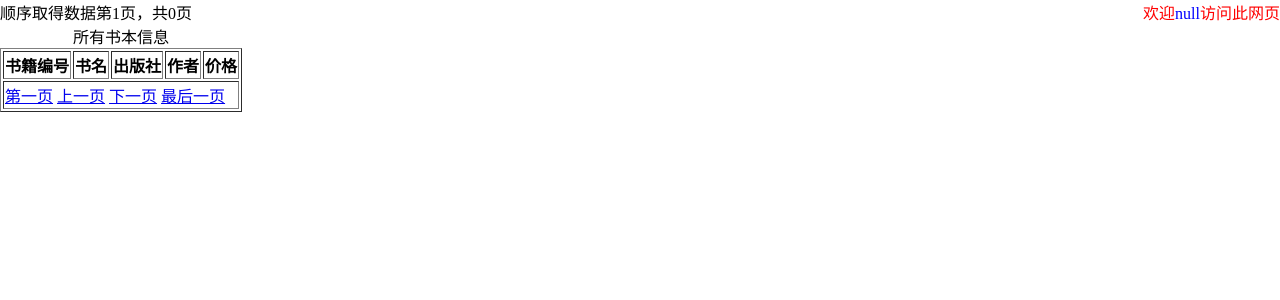
Repository: guirui-li/StudyJavaWeb
Page: http://localhost/JavawebTest/FenServlet?page=1
These files come from the project's save history. The page is drawn as it stood at one moment and after the next save; the edit follows.
The browser window is 1280 px wide. The pictures show the whole page.
The page is served by Tomcat 9. Queries for data that is not in the repository find no rows.

Above is the page before, as saved 2019-04-30 11:45:51.

After the next save:
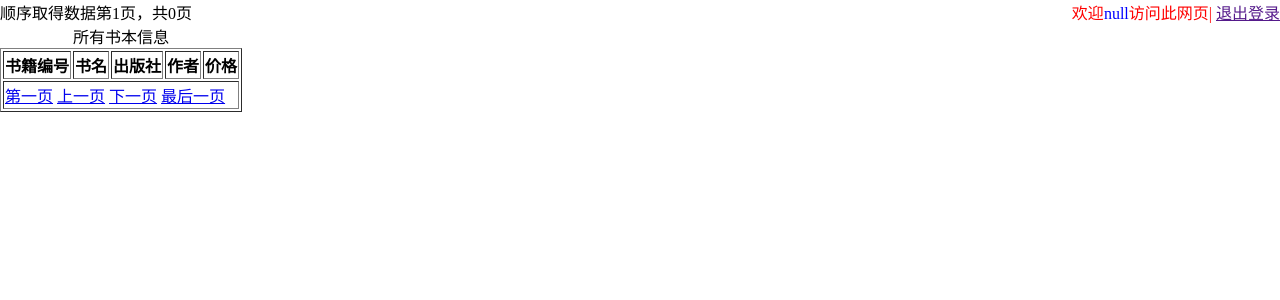
Saved 43 s later.
--- a/JavawebTest/WebContent/experiment08/loginSuccess.jsp
+++ b/JavawebTest/WebContent/experiment08/loginSuccess.jsp
@@ -30,7 +30,8 @@
 		int pages=(Integer)request.getAttribute("pages");
 	%>
 	<div id="div">
-		欢迎<font style="color:blue"><%=name%></font>访问此网页
+		欢迎<font style="color:blue"><%=name%></font>访问此网页|
+		<a href="">退出登录</a>
 	</div>
 	顺序取得数据第<%=pagee %>页，共<%=pages %>页<br>
 	<table border="1">
